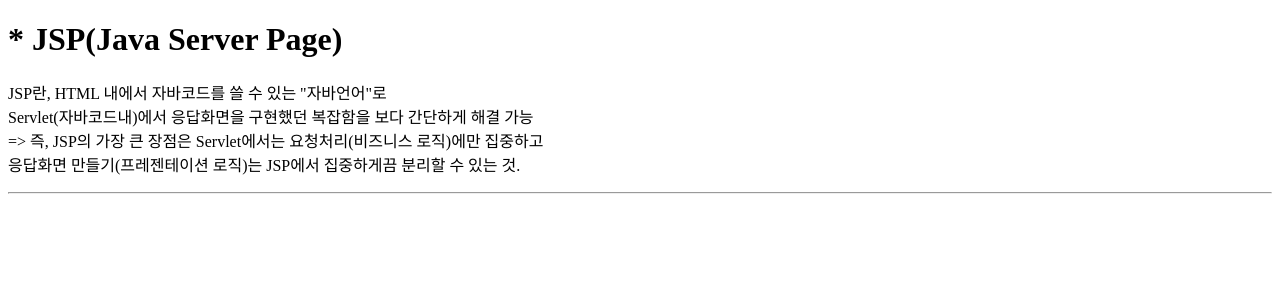
Repository: 1400CP/05_server-workspace1
Page: 2_JSP/WebContent/index.html
These files come from the project's save history. The page is drawn as it stood at one moment and after a run of saves; the edit follows.
The browser window is 1280 px wide. The pictures show the whole page.

Above is the page before, as saved 2025-02-14 06:35:14.

### 2_JSP/WebContent/index.html
<!DOCTYPE html>
<html>
<head>
<meta charset="UTF-8">
<title>Insert title here</title>
</head>
<body>

	<h1>* JSP(Java Server Page)</h1>

	<p>
		JSP란, HTML 내에서 자바코드를 쓸 수 있는 "자바언어"로 <br>
		Servlet(자바코드내)에서 응답화면을 구현했던 복잡함을 보다 간단하게 해결 가능 <br>
		=> 즉, JSP의 가장 큰 장점은 Servlet에서는 요청처리(비즈니스 로직)에만 집중하고 <br>
			응답화면 만들기(프레젠테이션 로직)는 JSP에서 집중하게끔 분리할 수 있는 것.
	</p>

	<hr>




</body>
</html>

After the next 2 saves:
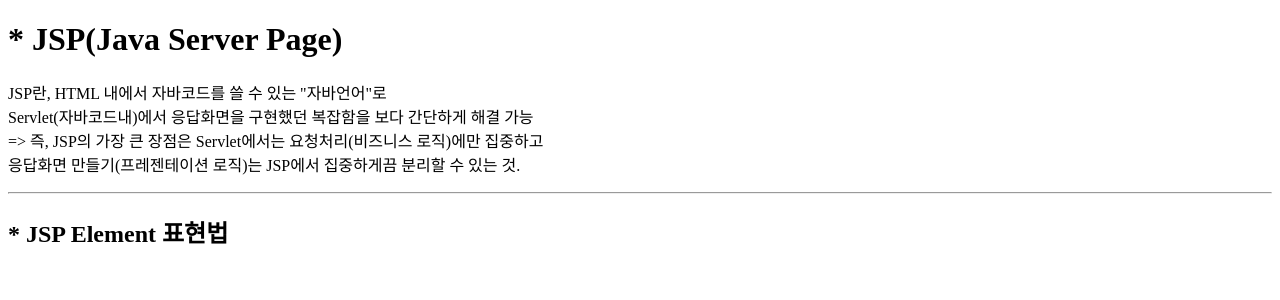
The 2 saves are shown as one change because they came seconds apart.
The last was saved 27 s later.
--- a/2_JSP/WebContent/index.html
+++ b/2_JSP/WebContent/index.html
@@ -17,7 +17,9 @@
 
 	<hr>
 
+	<h2>* JSP Element 표현법</h2>
 
+	<h3></h3>
 
 
 </body>
